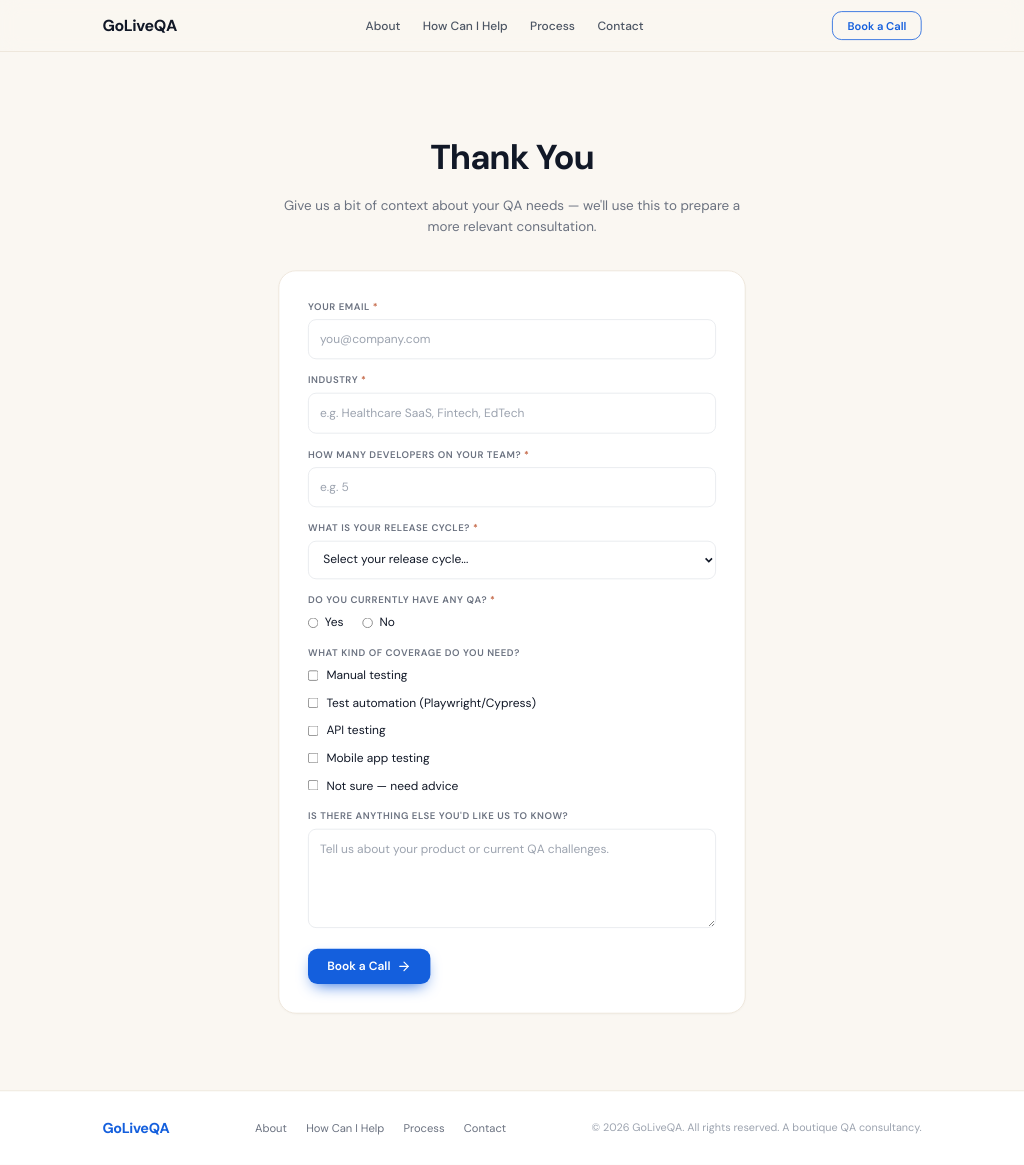
Repository: Monika281992/GoLiveQA
Page: /book-a-call
These files come from the project's save history. The page is drawn as it stood at one moment and after the next save; the edit follows.
The browser window is 1280 px wide. The pictures show the whole page, at 80% of full size.
The project was rebuilt for these pictures with package versions that can differ from the ones it lists, and the page was loaded fresh each time. The framework's server and built-in components were replaced by stand-ins that run in the browser. Also part of the build but not shown: next.config.mjs.

Above is the page before, as saved 2026-06-27 11:31:13.

After the next save:
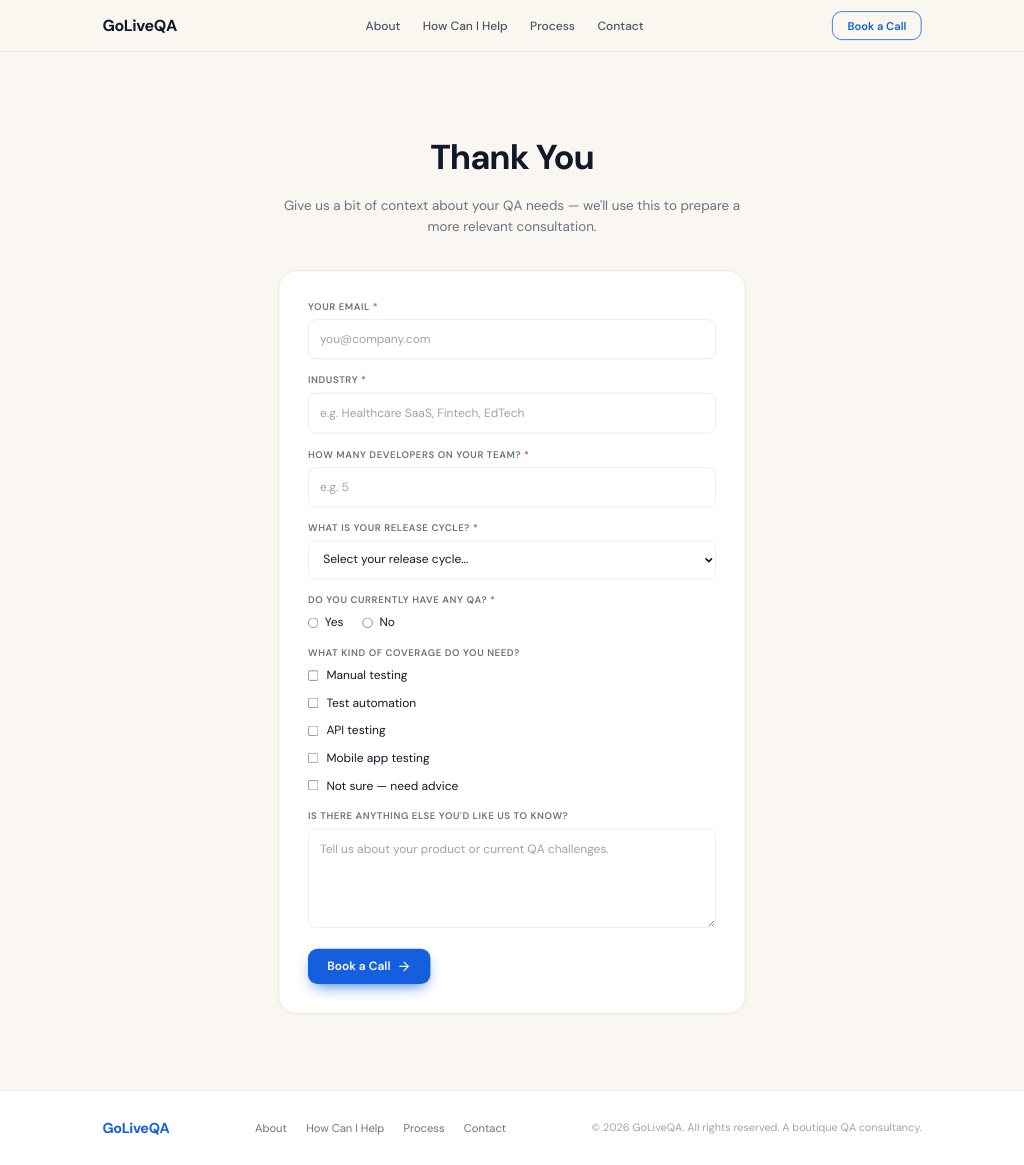
Saved 21 s later.
--- a/components/BookCall.jsx
+++ b/components/BookCall.jsx
@@ -12,7 +12,7 @@
 
 const coverageOptions = [
   "Manual testing",
-  "Test automation (Playwright/Cypress)",
+  "Test automation",
   "API testing",
   "Mobile app testing",
   "Not sure — need advice",
